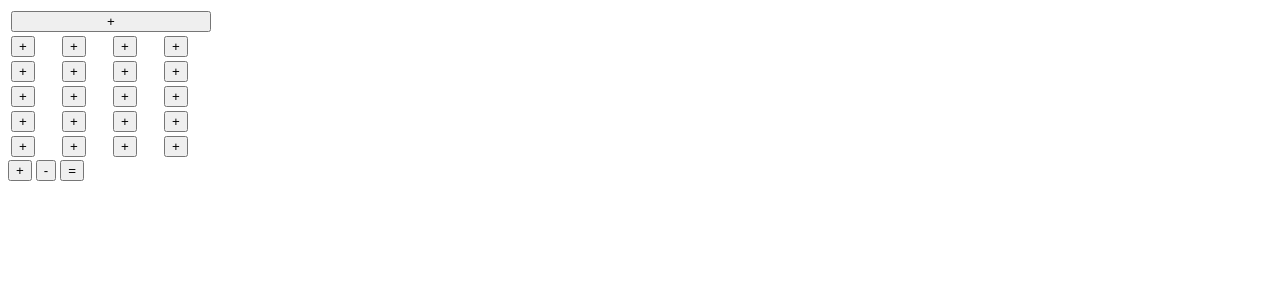
Repository: Dabee-ee/JAVA-lesson2
Page: Personal/JSPPrj/WebContent/calc3.html
The author's editor kept a copy of each file at every save. The page is drawn from the files as they stood at one save, then again after the next save.
The browser window is 1280 px wide. The pictures show the whole page.

Above is the page before, as saved 2021-03-13 06:25:46.

After the next save:
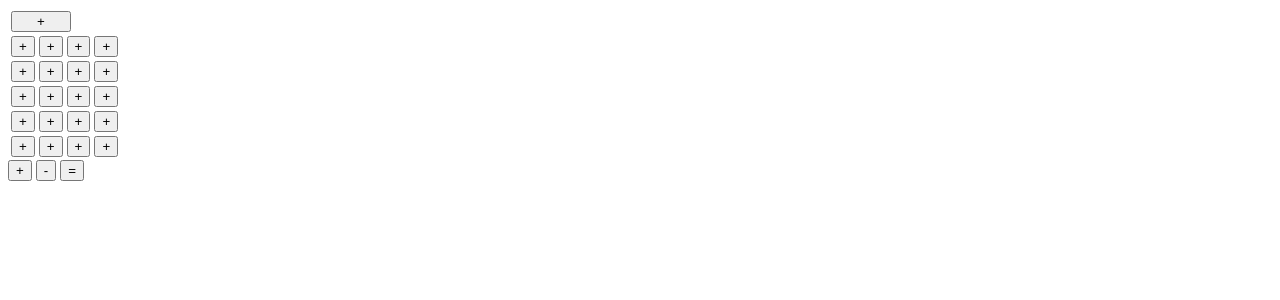
Saved 7 s later.
--- a/Personal/JSPPrj/WebContent/calc3.html
+++ b/Personal/JSPPrj/WebContent/calc3.html
@@ -10,7 +10,7 @@
 
 			<table>
 				<tr>
-					<td colspan="4"><input type="submit"  style="WIDTH: 200px" name="operator" value="+" /></td>
+					<td colspan="4"><input type="submit"  style="WIDTH: 60px" name="operator" value="+" /></td>
 				</tr>
 								<tr>
 					<td><input type="submit" name="operator" value="+" /></td>
